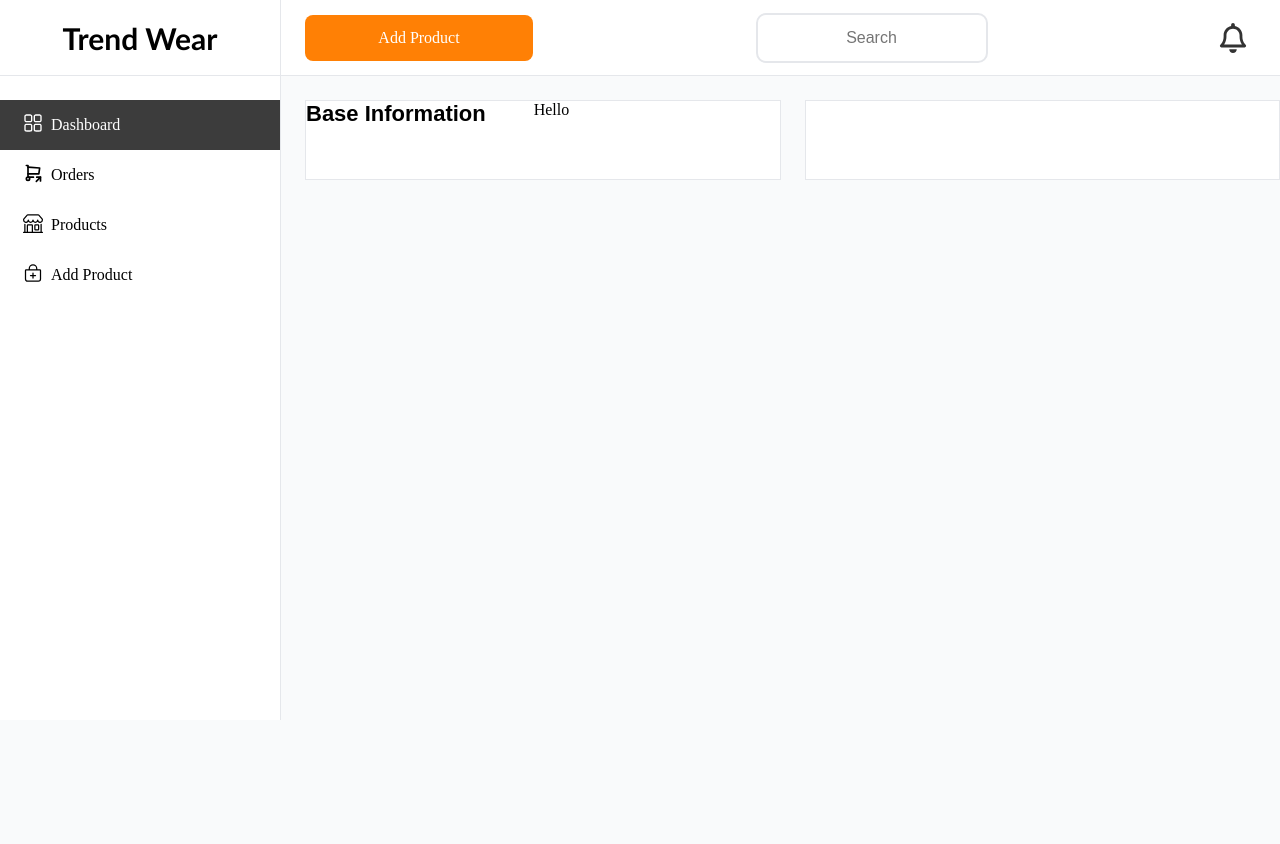
Repository: ahmad-dev7/TrendWear
Page: / (app in trend_wear_dashboard/)
The author's editor kept a copy of each file at every save. The page is drawn from the files as they stood at one save, then again after the next save.
The browser window is 1280 px wide. The pictures show the whole page.
The project was rebuilt for these pictures with package versions that can differ from the ones it lists, and the page was loaded fresh each time. Also part of the build but not shown: trend_wear_dashboard/vite.config.ts.

Above is the page before, as saved 2025-01-20 02:10:31.

### trend_wear_dashboard/index.html
<!doctype html>
<html lang="en">

<head>
  <meta charset="UTF-8" />
  <link rel="icon" type="image/svg+xml" href="/vite.svg" />
  <meta name="viewport" content="width=device-width, initial-scale=1.0" />
  <title>Trend Wear</title>
</head>

<body>
  <div id="root"></div>
  <script type="module" src="/src/main.tsx"></script>
</body>

</html>

### trend_wear_dashboard/src/main.tsx
import { StrictMode } from "react";
import { createRoot } from "react-dom/client";
//import "bootstrap/dist/css/bootstrap.css";
import "./App.css";
import App from "./App.tsx";

createRoot(document.getElementById("root")!).render(
  <StrictMode>
    <App />
  </StrictMode>
);

### trend_wear_dashboard/src/App.css
body {
    background-color: #F9FAFB;
    padding: 0;
    margin: 0;
}

#parent {
    display: flex;
}

### trend_wear_dashboard/src/App.tsx
import { useState } from "react";
import Body from "./Components/Body/Body";
import Navbar from "./Components/Navbar/Navbar";
import Sidebar from "./Components/Sidebar/Sidebar";
import AddProducts from "./Components/AddProduct/AddProduct";
//import Dashboard from "./Components/Dashboard/Dashboard";

function App() {
  const [body, setBody] = useState("Dashboard");

  console.log(body);

  return (
    <div id="parent">
      <Sidebar onSelectTab={setBody} />
      <div style={{ flex: 1 }}>
        <Navbar />
        <Body>
          <AddProducts />
        </Body>
      </div>
    </div>
  );
}

export default App;

### trend_wear_dashboard/src/Components/Body/Body.tsx
// Body.tsx
import "./Body.css";

interface Props {
  children: React.ReactNode;
}

const Body = ({ children }: Props) => {
  return <div id="body-content">{children}</div>;
};

export default Body;

### trend_wear_dashboard/src/Components/Navbar/Navbar.tsx
import "./Navbar.css";
import { FaRegBell } from "react-icons/fa6";

const Navbar = () => {
  return (
    <div>
      <div id="top-navbar">
        <div className="nav-item add-product-button">Add Product</div>
        <input className="nav-item" placeholder="Search" type="text" />
        <FaRegBell className="nav-item icon"></FaRegBell>
      </div>
    </div>
  );
};

export default Navbar;

### trend_wear_dashboard/src/Components/Sidebar/Sidebar.tsx
import "./Sidebar.css";
import { RxDashboard } from "react-icons/rx";
import { TbShoppingCartShare } from "react-icons/tb";
import { BsShop } from "react-icons/bs";
import { IoBagAddOutline } from "react-icons/io5";
import { useState } from "react";

interface Props {
  onSelectTab: (tab: string) => void;
}

interface Tabs {
  icon: JSX.Element;
  label: string;
}

const Sidebar = ({ onSelectTab }: Props) => {
  const tabs: Tabs[] = [
    { label: "Dashboard", icon: <RxDashboard size={20} /> },
    { label: "Orders", icon: <TbShoppingCartShare size={20} /> },
    { label: "Products", icon: <BsShop size={20} /> },
    { label: "Add Product", icon: <IoBagAddOutline size={20} /> },
  ];

  const [active, setTab] = useState("Dashboard");

  return (
    <div id="sidebar">
      <div className="header">Trend Wear</div>
      <ul id="sidebar-content">
        {tabs.map((tab) => (
          <li
            key={tab.label}
            className={"tab " + (tab.label == active && "active")}
            onClick={() => {
              setTab(tab.label);
              onSelectTab(tab.label);
            }}
          >
            <div className="icon">{tab.icon}</div>
            <div className="label">{tab.label}</div>
          </li>
        ))}
      </ul>
    </div>
  );
};

export default Sidebar;

### trend_wear_dashboard/src/Components/AddProduct/AddProduct.tsx
import "./AddProduct.css";
import ProductDetails from "./ProductDetails";
import ProductPreview from "./ProductPreview";
const AddProduct = () => {
  return (
    <div className="parent">
      <div className="child">
        <ProductDetails />
      </div>

      <div className="child ">
        <ProductPreview />
      </div>
    </div>
  );
};

export default AddProduct;

### trend_wear_dashboard/src/Components/Body/Body.css
#body-content {
    display: flex;
    flex-direction: column;
    margin: 24px;
    height: 100vh;
    width: calc(100% - 24px);
    box-sizing: border-box;
}

### trend_wear_dashboard/src/Components/Navbar/Navbar.css
#top-navbar {
    display: flex;
    justify-content: space-between;
    align-items: center;
    /* padding: 0 24px; */
    background-color: white;
    height: 75px;
    width: 100%;
    border-bottom: 1px solid #e5e7eb;
}

.nav-item {
    font-size: 16px;
    color: #333;
    text-align: center;
    width: 200px;
    border-radius: 8px;
    padding: 14px;
    text-decoration: none;
}

.add-product-button {
    color: white;
    margin-left: 24px;
    background-color: #ff8005;
}

#top-navbar input {
    border: none;
    outline: 2px solid #e5e7eb;
    flex-grow: 1;
    max-width: 200px;
}

#top-navbar .icon {
    height: 30px;
    width: 30px;
    margin-right: 24px;
}

### trend_wear_dashboard/src/Components/Sidebar/Sidebar.css
/* Sidebar.css */
#sidebar {
    background-color: white;
    width: 280px;
    height: 100vh;
    border-right: 1px solid #e5e7eb;
}

#sidebar .header {
    display: flex;
    justify-content: center;
    align-items: center;
    height: 75px;
    font-size: 30px;
    font-weight: bold;
    font-family: 'Gill Sans', 'Gill Sans MT', Calibri, 'Trebuchet MS', sans-serif;
    background-color: white;
    text-align: center;
    border-bottom: 1px solid #e5e7eb;
}

#sidebar-content {
    list-style-type: none;
    margin-top: 24px;
    padding: 0;
    cursor: pointer;
}

#sidebar-content .tab {
    height: 50px;
    color: black;
    display: flex;
    align-items: center;
    padding-left: 15px;
}

.icon {
    padding: 8px;
}

#sidebar-content .active {
    background-color: #3c3c3c;
    color: white;
}

#sidebar-content .tab:hover:not(.active) {
    background-color: #e5e7eb;
}

### trend_wear_dashboard/src/Components/AddProduct/AddProduct.css
/* AddProduct.css */
.parent {
    display: flex;
    width: 100%;
    height: 100px;
    gap: 24px;
    box-sizing: border-box;
}

.child {
    flex: 1;
    text-align: center;
    background-color: white;
    border: 1px solid #e5e7eb;
}

### trend_wear_dashboard/src/Components/AddProduct/ProductDetails.tsx
import "./ProductDetails.css";
import Spacer from "../../Constants/Spacer";

const ProductDetails = () => {
  return (
    <div className="parent">
      <p className="heading">Base Information</p>
      <Spacer height="25px" />
      <div>Hello</div>
    </div>
  );
};

export default ProductDetails;

### trend_wear_dashboard/src/Components/AddProduct/ProductPreview.tsx
const ProductPreview = () => {
  return <div> </div>;
};

export default ProductPreview;

### trend_wear_dashboard/src/Components/AddProduct/ProductDetails.css
.parent {
    margin: 0px;
    padding-bottom: 20px;
}

.heading {
    margin: 0px;
    font-size: 22px;
    font-weight: 700;
    font-family: sans-serif;
}


.container {
    border: 1px solid #e5e7eb;
    padding: 12px;
    border-radius: 8px;
}

### trend_wear_dashboard/src/Constants/Spacer.tsx
interface Props {
  height?: string;
  width?: string;
}

const Spacer = ({ height = "0px", width = "0px" }: Props) => {
  return <div style={{ height: height, width: width }}></div>;
};

export default Spacer;

After the next save:
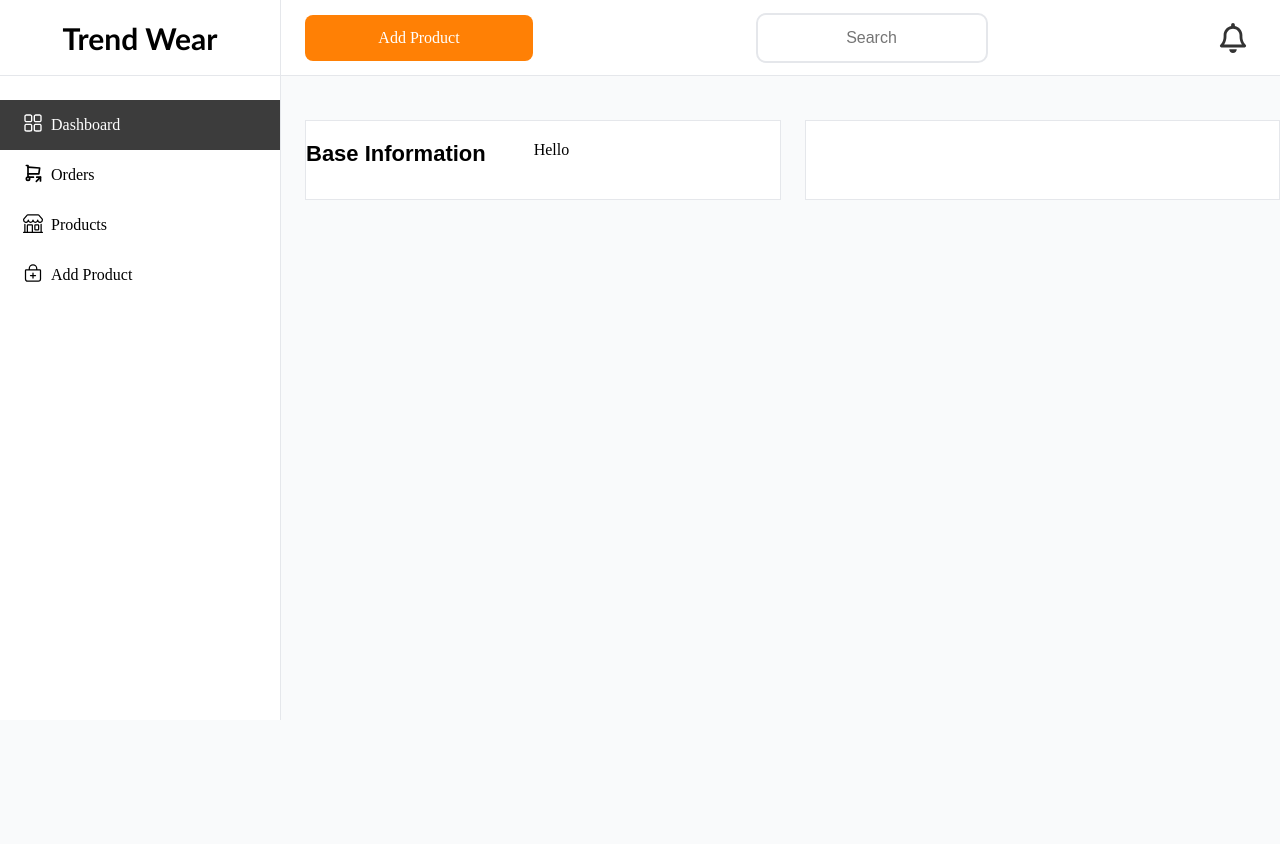
Saved 6 s later.
--- a/trend_wear_dashboard/src/Components/AddProduct/ProductDetails.css
+++ b/trend_wear_dashboard/src/Components/AddProduct/ProductDetails.css
@@ -1,6 +1,6 @@
 .parent {
     margin: 0px;
-    padding-bottom: 20px;
+    padding-top: 20px;
 }
 
 .heading {
